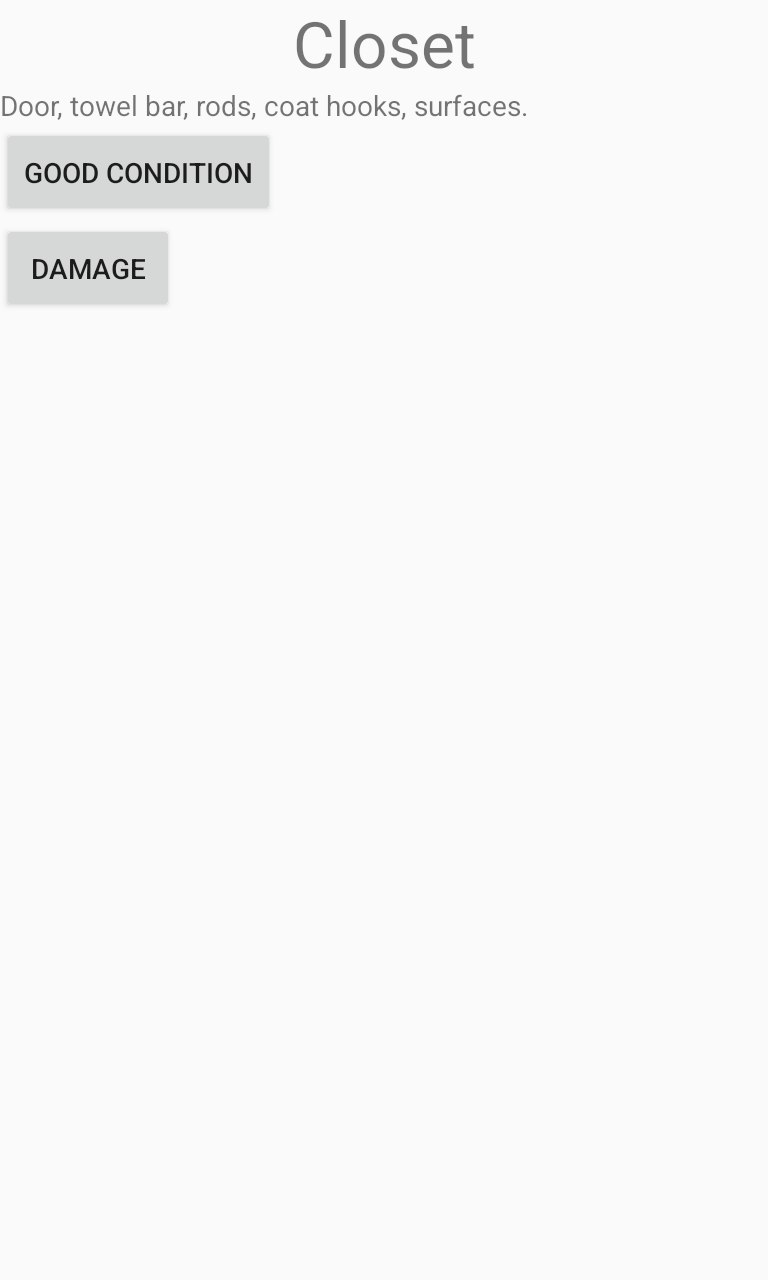
Repository: Android-BD/android-final-project
Layout: FinalProject/res/layout/rcr_form_element_fragment.xml
An editor plug-in stored every save of this project. The layout is shown before and after a run of saves, followed by the edit.
It is drawn on a 768 x 1280 px phone screen (xhdpi) without system bars, with theme AppTheme; the app's code is not run. Lists and similar views that code fills are empty.

Above is the layout before, as saved 2014-05-08 18:38:08.

After the next 2 saves:
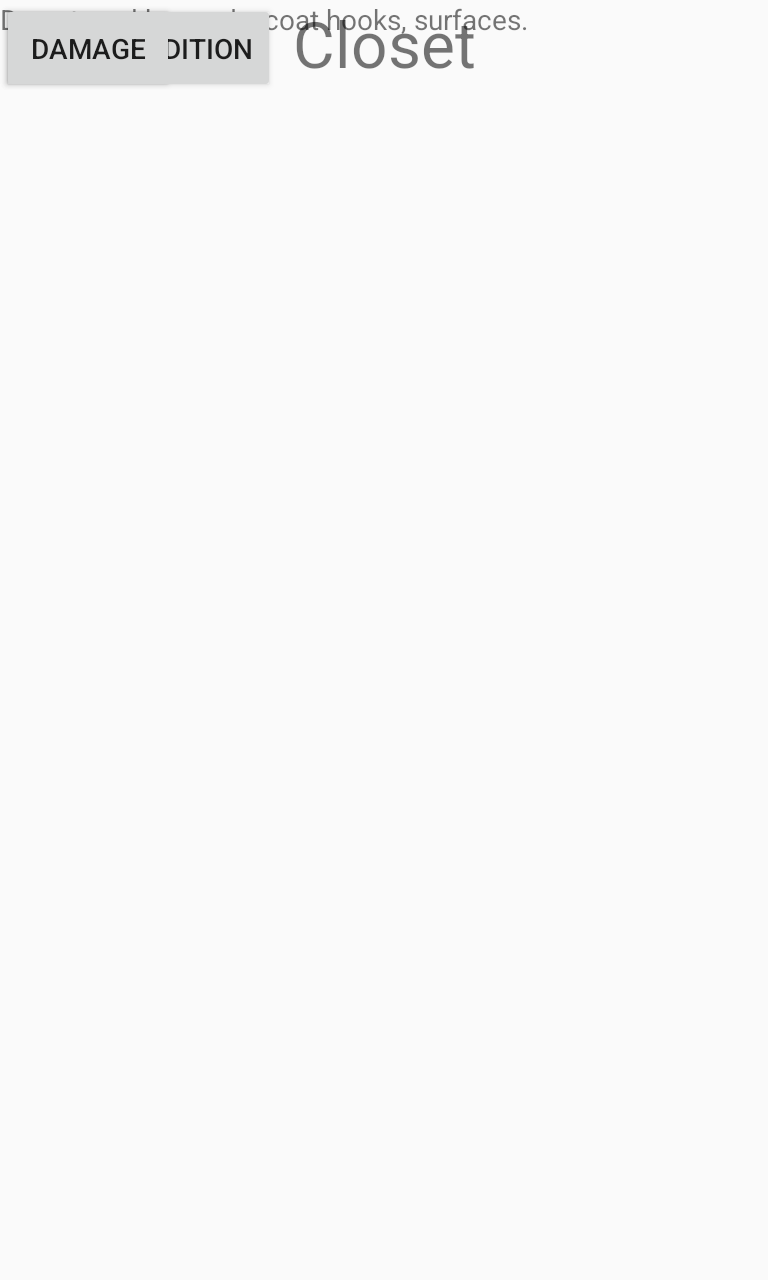
The 2 saves are shown as one change because 1 did not build or start.
The last was saved 52 s later.
--- a/FinalProject/res/layout/rcr_form_element_fragment.xml
+++ b/FinalProject/res/layout/rcr_form_element_fragment.xml
@@ -1,8 +1,7 @@
 <?xml version="1.0" encoding="utf-8"?>
-<LinearLayout xmlns:android="http://schemas.android.com/apk/res/android"
+<RelativeLayout xmlns:android="http://schemas.android.com/apk/res/android"
     android:layout_width="match_parent"
-    android:layout_height="match_parent"
-    android:orientation="vertical" >
+    android:layout_height="match_parent">
 
     <TextView android:id="@+id/category_title"
         android:layout_width="match_parent"
@@ -30,4 +29,4 @@
         android:layout_width="match_parent"
         android:layout_height="wrap_content" />
 
-</LinearLayout>
+</RelativeLayout>
